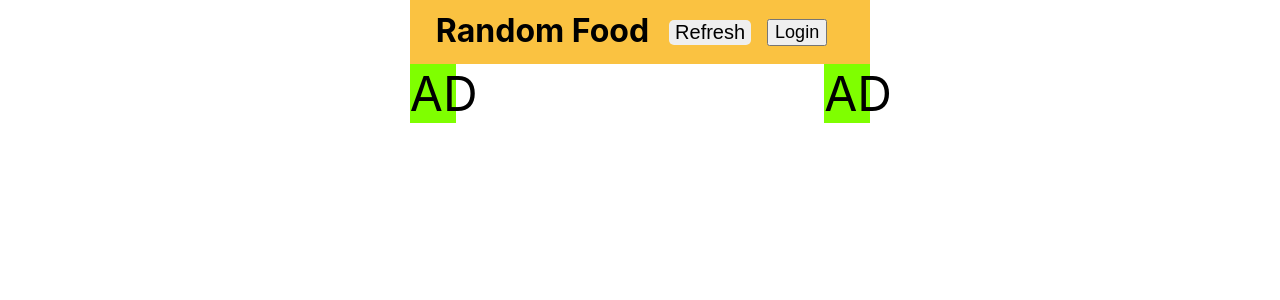
Repository: limjoohyun2030/random-food
Page: /random-food/home
These files come from the project's save history. The page is drawn as it stood at one moment and after the next save; the edit follows.
The browser window is 1280 px wide. The pictures show the whole page.
The page's requests for data from a server got no answer. The project was rebuilt for these pictures with package versions that can differ from the ones it lists, and the page was loaded fresh each time. A package was used in the major version that the imports need, not the one package.json lists. No one was signed in, and anything a server would have sent is missing. Also part of the build but not shown: src/components/food_detail/food_detail.module.css, src/components/food_detail/food_detail.jsx, src/components/food_item/food_item.module.css, src/components/food_item/food_item.jsx, src/components/login/login.module.css, src/components/login/login.jsx.

Above is the page before, as saved 2021-11-11 17:41:13.

### public/index.html
<!DOCTYPE html>
<html lang="en">
  <head>
    <meta charset="utf-8" />
    <link rel="icon" href="/images/foodIcon.ico" />
    <meta name="viewport" content="width=device-width, initial-scale=1" />
    <meta name="theme-color" content="#000000" />
    <meta
      name="description"
      content="Web site created using create-react-app"
    />

    <title>Random Food</title>
  </head>
  <body>
    <noscript>You need to enable JavaScript to run this app.</noscript>
    <div id="root"></div>
  </body>
</html>

### src/index.js
import React from "react";
import ReactDOM from "react-dom";
import "./index.css";
import App from "./app";
import AuthService from "./service/auth_service";

const authService = new AuthService();

ReactDOM.render(
  <React.StrictMode>
    <App authService={authService} />
  </React.StrictMode>,
  document.getElementById("root")
);

### src/index.css
body {
  margin: 0;
  padding: 0;
  font-family: -apple-system, BlinkMacSystemFont, "Segoe UI", "Roboto", "Oxygen",
    "Ubuntu", "Cantarell", "Fira Sans", "Droid Sans", "Helvetica Neue",
    sans-serif;
  -webkit-font-smoothing: antialiased;
  -moz-osx-font-smoothing: grayscale;
}

code {
  font-family: source-code-pro, Menlo, Monaco, Consolas, "Courier New",
    monospace;
}

* {
  box-sizing: border-box;
}

#root {
  display: flex;
  justify-content: center;
}

### src/app.jsx
import { useEffect, useState, useRef } from "react";
import { BrowserRouter, Route, Switch } from "react-router-dom";
import styles from "./app.module.css";
import FoodDetail from "./components/food_detail/food_detail";
import FoodList from "./components/food_list/food_list";
import Header from "./components/header/header";
import Login from "./components/login/login";


function App({ authService }) {
  const ref = useRef();
  const [foods, setFoods] = useState([]);
  const [isSelectedFood, setIsSelectedFood] = useState();
  const [isFoodOpen, setIsFoodOpen] = useState(false);
  const [isRefresh, setIsRefresh] = useState(false);

  const selectFood = (food) => {
    setIsSelectedFood(food);
  };

  const onRefreshClick = () => {
    setIsRefresh((oldstate) => !oldstate);
  };

  useEffect(() => {
    const myHeaders = new Headers();
    myHeaders.append("Content-Type", "application/json");

    const requestOptions = {
      method: "GET",
      headers: myHeaders,
      redirect: "follow",
    };

    fetch(
      "https://api.spoonacular.com/recipes/random?number=4&apiKey=92cedfb0b9e844679738e6c6c90cd453",
      requestOptions
    )
      .then((response) => response.json())
      .then((result) => setFoods(result.recipes))
      .catch((error) => console.log("error", error));
  }, [isRefresh]);

  useEffect(() => {
    const checkIfClickedOutside = (e) => {
      if (isFoodOpen && ref.current && !ref.current.contains(e.target)) {
        setIsFoodOpen(false);
      }
    };

    document.addEventListener("mousedown", checkIfClickedOutside);

    return () => {
      document.removeEventListener("mousedown", checkIfClickedOutside);
    };
  }, [isFoodOpen]);

  return (
    <div className={styles.app}>
      <BrowserRouter>
        <Switch>
          <Route
            exact
            path="/random-food/"
            render={() => <Login authService={authService} />}
          />

          <Route
            path="/random-food/home"
            render={() => (
              <div>
                <Header onRefreshClick={onRefreshClick} />
                <section>
                  <div className={styles.detail}>
                    {isFoodOpen && <FoodDetail food={isSelectedFood} />}
                  </div>

                  <div
                    className={styles.list}
                    onClick={() => setIsFoodOpen((oldstate) => !oldstate)}
                  >
                    <FoodList
                      foods={foods}
                      onFoodClick={selectFood}
                      ref={ref}
                    />
                  </div>
                </section>
              </div>
            )}
          />
          <Route path="*">
            <h2>Page Not Found</h2>
          </Route>
        </Switch>
      </BrowserRouter>
    </div>
  );
}

export default App;

### src/service/auth_service.js
import firebase from "firebase";
import firebaseApp from "./firebase";

class AuthService {
  login() {
    const authProvider = new firebase.auth.GoogleAuthProvider();
    return firebaseApp.auth().signInWithPopup(authProvider);
  }
}

export default AuthService;

### src/app.module.css
/* @value makerLightOrange from './common/colors.css'; */

.app {
  max-width: 100rem;
  /* background-image: url("https://image.freepik.com/free-photo/spaghetti-with-spicy-mixed-seafood-dark-background_1150-45297.jpg"); */
  background-repeat: no-repeat;
  background-size: 100vw 100vh;
}

.content {
  position: relative;
}

.detail {
  z-index: 2;
  /* margin: auto 0; */
  margin-top: 1.3em;
  height: 520px;
  width: auto;
  position: absolute;
  background-color: #dfe08e;
}

.list {
  /* visibility: hidden; */
  z-index: 1;
}

### src/components/food_list/food_list.jsx
import React from "react";
import FoodItem from "../food_item/food_item";
import styles from "./food_list.module.css";

const FoodList = React.forwardRef(({ foods, onFoodClick }, ref) => {
  return (
    <section className={styles.foodBox}>
      <div className={styles.sidebarLeft}>AD</div>
      <ul className={styles.foods}>
        {foods &&
          foods.map((food) => (
            <FoodItem
              key={food.id}
              food={food}
              onFoodClick={onFoodClick}
              ref={ref}
            />
          ))}
      </ul>
      <div className={styles.sidebarRight}>AD</div>
    </section>
  );
});

export default FoodList;

### src/components/header/header.jsx
import styles from "./header.module.css";
import React from "react";

const Header = ({ onRefreshClick }) => {
  return (
    <header className={styles.header}>
      <div className={styles.leftbox}>
        {/* <img
          className={styles.foodIcon}
          src="https://github.com/Sweetpotatopizza/random-food/blob/main/public/images/reloadIcon.png"
          alt="logo"
        /> */}
        <h1 className={styles.title}>Random Food</h1>
        <button className={styles.reloadBox} onClick={onRefreshClick}>
          Refresh
          {/* <img
            className={styles.reloadBtn}
            src="/images/reload.png"
            alt="reload"
          /> */}
        </button>
      </div>
      {/* fontawesome needed */}
      <div className={styles.rightbox}>
        {/* <button className={styles.like}>Like</button> */}
        <button className={styles.login}>Login</button>
      </div>
    </header>
  );
};

export default Header;

### src/service/firebase.js
// Import the functions you need from the SDKs you need
// import { initializeApp } from "firebase/app";
import firebase from "firebase";

// TODO: Add SDKs for Firebase products that you want to use
// https://firebase.google.com/docs/web/setup#available-libraries

// Your web app's Firebase configuration
// For Firebase JS SDK v7.20.0 and later, measurementId is optional
const firebaseConfig = {
  apiKey: process.env.REACT_APP_FIREBASE_API_KEY,
  authDomain: process.env.REACT_APP_FIREBASE_AUTH_DOMAIN,
  databaseURL: process.env.REACT_APP_FIREBASE_DB_URL,
  projectId: process.env.REACT_APP_FIREBASE_PROJECT_ID,
  appId: process.env.REACT_APP_FIREBASE_APP_ID,
};

// console.log(process.env.REACT_APP_FIREBASE_API_KEY);
// Initialize Firebase
const firebaseApp = firebase.initializeApp(firebaseConfig);
export default firebaseApp;

### src/components/food_list/food_list.module.css
.foodBox {
  display: flex;
}

.foods {
  display: flex;
  flex-wrap: wrap;
  list-style: none;
  justify-content: center;
  align-items: center;
  width: 90%;
  margin: 1em auto;
  padding: 0;
  position: relative;
}

.sidebarLeft {
  background-color: chartreuse;

  font-size: 3em;
  width: 10%;
  cursor: blocked;
  position: relative;
}

.sidebarLeft::after {
  position: absolute;
  z-index: 2;
}

.sidebarRight {
  background-color: chartreuse;

  font-size: 3em;
  width: 10%;
  cursor: blocked;
  position: relative;
}

.sidebarRight::after {
  position: absolute;
  z-index: 2;
}

@media screen and (max-width: 769px) {
  .foods {
    flex-direction: column;
    flex-wrap: nowrap;
    width: 100%;
  }
}

### src/components/header/header.module.css
/* @value makerOrange from '../../common/colors.css'; */

.header {
  display: flex;
  height: 4rem;
  padding: 0.8em 1em;
  background-color: #fac241;
  align-items: center;
  justify-content: space-between;
}

.leftbox {
  display: flex;
  align-items: center;
  margin-right: 1em;
}

.title {
  margin-top: 19px;
  margin-left: 10px;
}

.foodIcon {
  width: 50px;
  height: 50px;
}

.reloadBox {
  font-size: 20px;
  border-radius: 5px;
  border: none;
  margin-left: 1em;
  transition: transform 200ms ease-in-out;
}

.reloadBox:hover {
  cursor: pointer;
  transform: scale(1.07);
}

.reloadBtn {
  width: 40px;
  height: 40px;
}

.reloadBtn:hover {
  cursor: pointer;
  animation-name: spin;
  animation-duration: 2000ms;
  animation-iteration-count: infinite;
  animation-timing-function: linear;
}

@keyframes spin {
  from {
    transform: rotate(0deg);
  }
  to {
    transform: rotate(360deg);
  }
}

.like {
  margin-right: 1.5em;
  font-size: large;
  cursor: pointer;
  transition: transform 200ms ease-in-out;
}

.like:hover {
  transform: scale(1.07);
}

.login {
  margin-right: 1.5em;
  font-size: large;
  cursor: pointer;
}

After the next save:
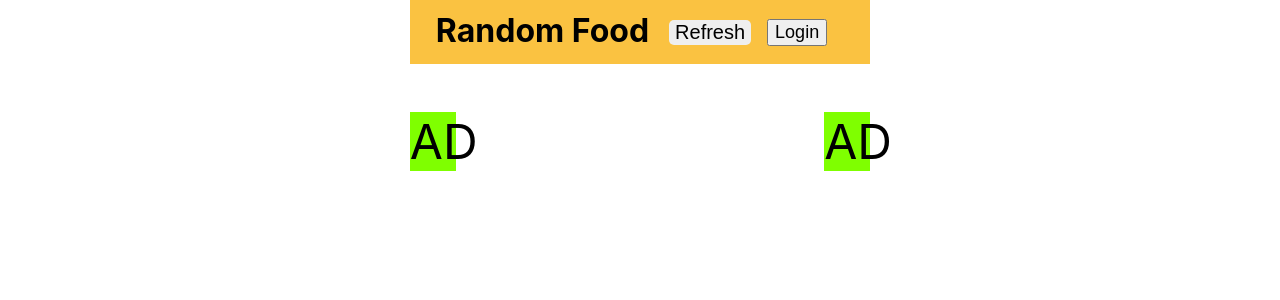
Saved 5 s later.
--- a/src/components/food_list/food_list.module.css
+++ b/src/components/food_list/food_list.module.css
@@ -16,7 +16,7 @@
 
 .sidebarLeft {
   background-color: chartreuse;
-
+  margin-top: 1em;
   font-size: 3em;
   width: 10%;
   cursor: blocked;
@@ -30,7 +30,7 @@
 
 .sidebarRight {
   background-color: chartreuse;
-
+  margin-top: 1em;
   font-size: 3em;
   width: 10%;
   cursor: blocked;
